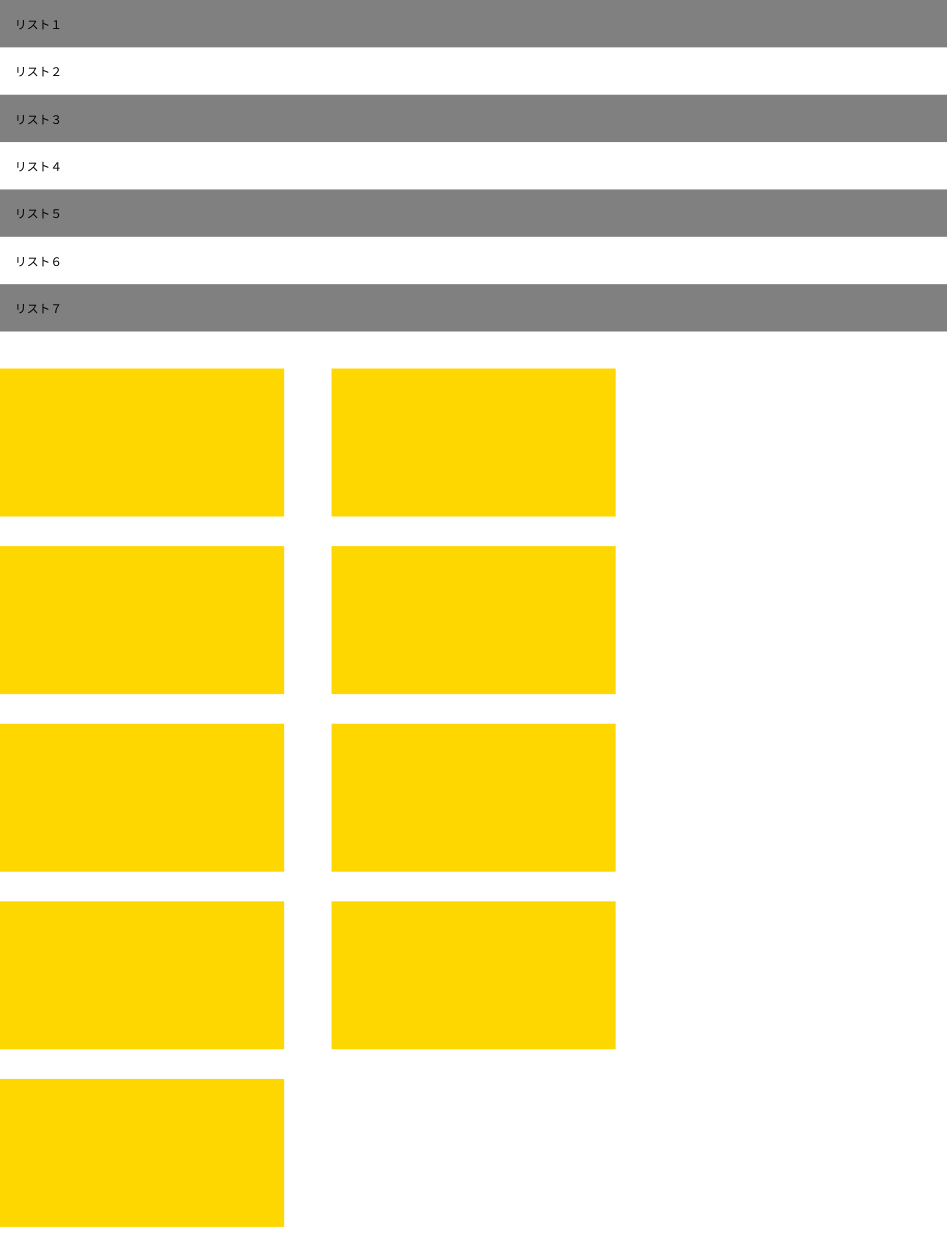
Repository: takuto27/ouyou
Page: chapter8_exercise/ensyu8.html
The author's editor kept a record of every edit. The page is drawn from the files as they stood at one moment, then again after the next edit.
The browser window is 1280 px wide. The pictures show the whole page, at 74% of full size.

Above is the page before.

After the next edit:
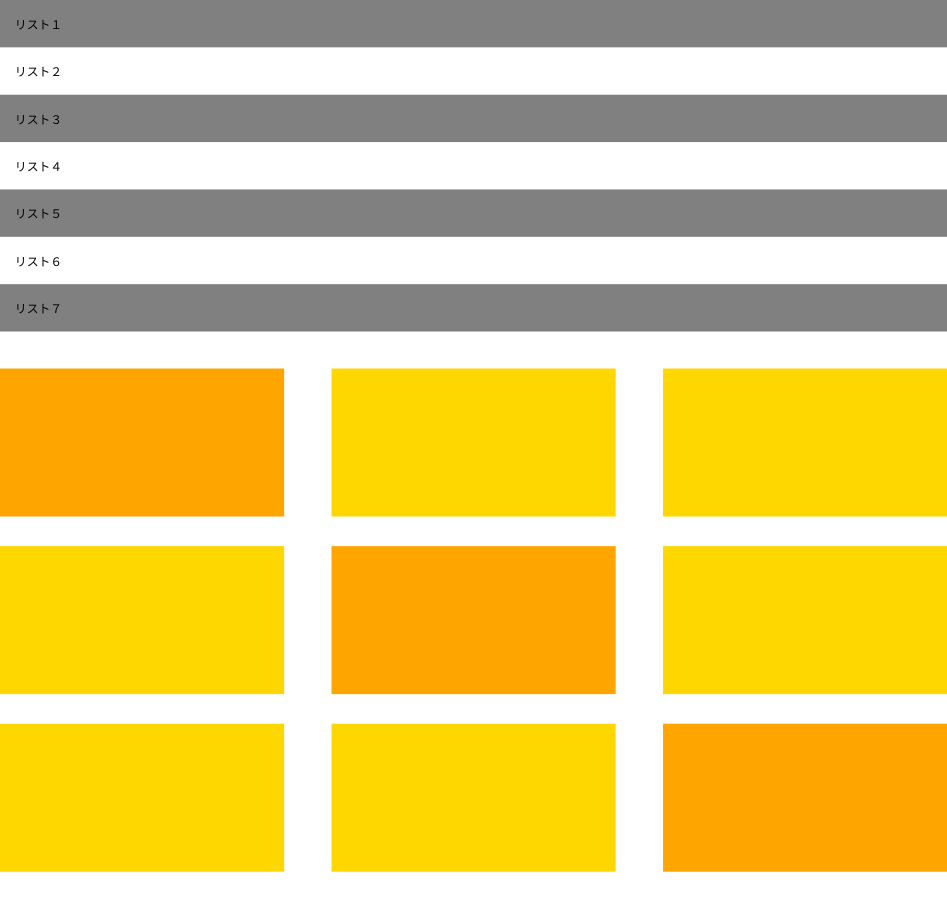
The edit:
--- a/chapter8_exercise/ensyu8.css
+++ b/chapter8_exercise/ensyu8.css
@@ -28,3 +28,11 @@ main {
   margin-right: 5%;
   margin-bottom: 40px;
 }
+.box:first-child,
+.box:nth-child(5),
+.box:last-child {
+  background-color: orange;
+}
+.box:nth-child(3n) {
+  margin-right: 0;
+}
